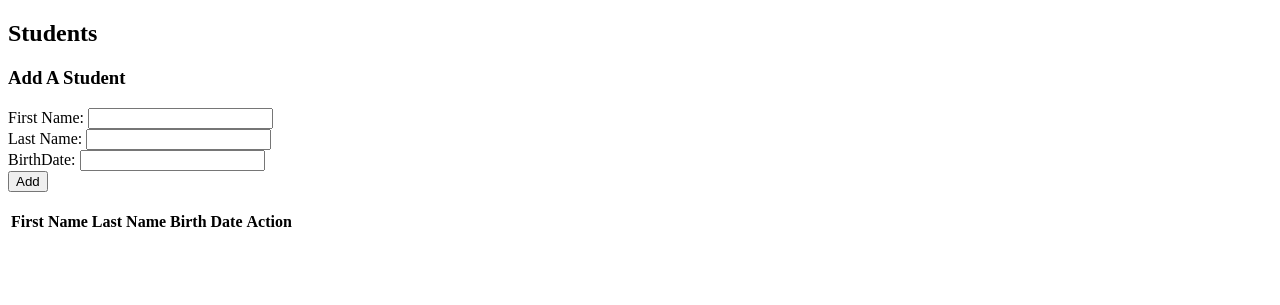
Repository: pjberry/course-tracking-initial
Page: http://localhost/course-tracking/studentList.jsp
An editor plug-in stored every save of this project. The page is shown before and after the next save, followed by the edit.
The browser window is 1280 px wide. The pictures show the whole page.
The page is served by Tomcat 9. Other server files are loaded and not shown. The template is opened directly, without the code that normally fills it, so the values that code supplies are empty.

Above is the page before, as saved 2014-09-09 02:28:44.

### course-tracking/WebContent/studentList.jsp
<%@ page language="java" pageEncoding="UTF-8" session="false"%>
<!DOCTYPE html>
<html>
<%@ taglib prefix="c" uri="http://java.sun.com/jsp/jstl/core"%>

<head>
<title>Students</title>
</head>
<body>
	<h2>Students</h2>

	<h3>Add A Student</h3>
	<form method="POST" action='StudentController' name="addCourse">
	First Name: <input type="text" name="firstName" /> <br/>
	Last Name: <input type="text" name="lastName" /> <br/>
	BirthDate: <input type="text" name="birthDate" /> <br/>
	<input type="hidden" name="action" value="create">
	<input type="submit" value="Add">
	</form>

	<br>

	<table>
		<thead>
			<tr>
				<th>First Name</th>
				<th>Last Name</th>
				<th>Birth Date</th>
				<th colspan=2>Action</th>
			</tr>
		</thead>
		<c:forEach items="${students}" var="student">
			<tr>
				<td> <c:out value="${student.firstName}" /> </td>
				<td> <c:out value="${student.lastName}" /> </td>
				<td> <c:out value="${student.birthDate}" /> </td>
				<td>
					<form method="POST" action='StudentController' name="updateStudent">
						<input type="hidden" name="action" value="forward" />
						<input type="hidden" name="dispatchTo" value="/updateStudent.jsp" />
						<input type="hidden" name="studentId" value="<c:out value="${student.id}"/>" />
						<input type="hidden" name="firstName" value="<c:out value="${student.firstName}"/>" />
						<input type="hidden" name="lastName" value="<c:out value="${student.lastName}"/>" />
						<input type="hidden" name="birthDate" value="<c:out value="${student.birthDate}"/>" />
						<input type="submit" value="Update">
					</form>
				</td>
                <td>
                	<form method="POST" action='StudentController' name="deleteStudent">
						<input type="hidden" name="action" value="delete" />
						<input type="hidden" name="studentId" value="<c:out value="${student.id}"/>" />
						<input type="submit" value="Delete">
					</form>
                </td>
			</tr>
		</c:forEach>
	</table>
</body>

</html>

After the next save:
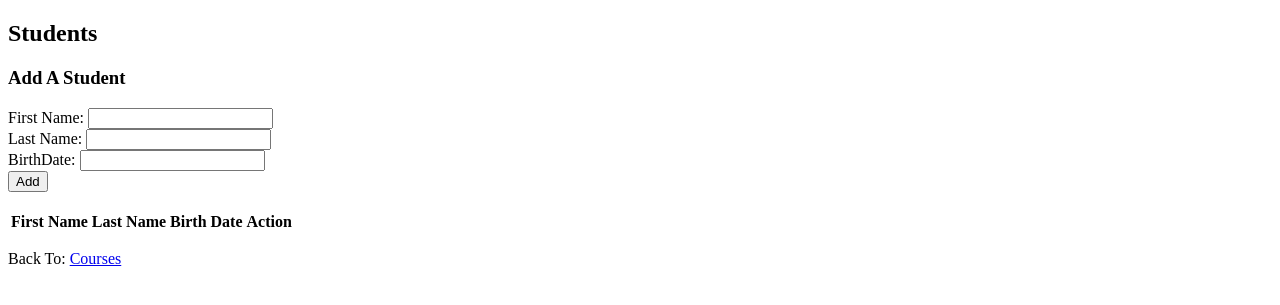
Saved 65 s later.
--- a/course-tracking/WebContent/studentList.jsp
+++ b/course-tracking/WebContent/studentList.jsp
@@ -55,6 +55,8 @@
 			</tr>
 		</c:forEach>
 	</table>
+
+	<p>Back To: <a href="CourseController">Courses</a></p>
 </body>
 
 </html>
